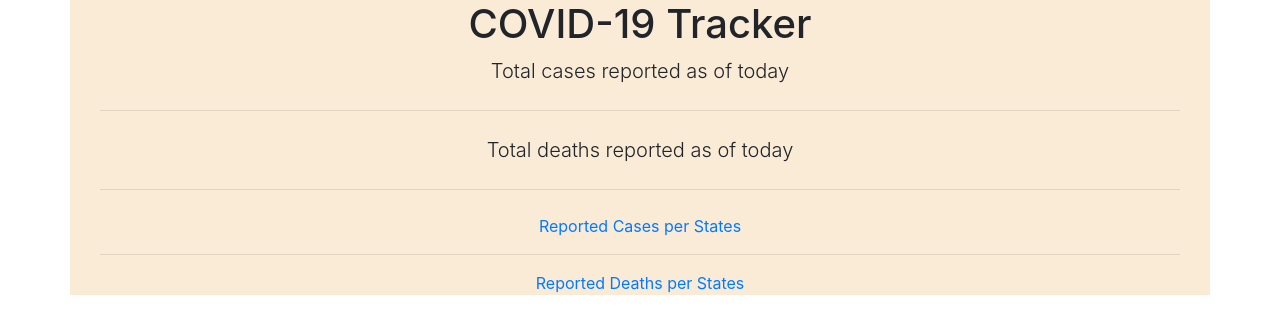
Repository: kimjuneyoung5/Bootcamp-Java
Page: http://localhost/CovidTrackingApp/WEB-INF/index.jsp
The author's editor kept a copy of each file at every save. The page is drawn from the files as they stood at one save, then again after the next save.
The browser window is 1280 px wide. The pictures show the whole page.
The page is served by Tomcat 9. Nobody is signed in. The template is opened directly, without the code that normally fills it, so the values that code supplies are empty.

Above is the page before, as saved 2021-10-01 21:53:33.

After the next save:
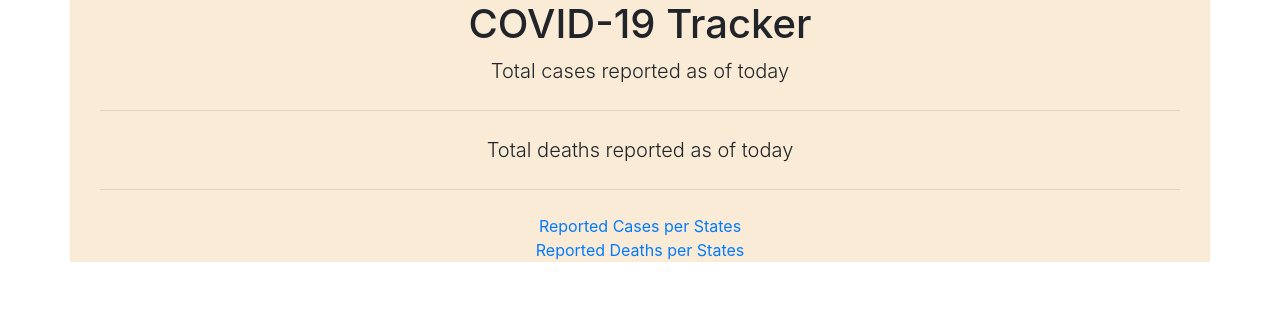
Saved 11 s later.
--- a/oop/CovidTrackingApp/src/main/webapp/WEB-INF/index.jsp
+++ b/oop/CovidTrackingApp/src/main/webapp/WEB-INF/index.jsp
@@ -32,7 +32,7 @@
     	<p class="lead">Total deaths reported as of today</p>
     	<hr class="my-4">
     	<a href="/cases">Reported Cases per States</a>
-    	<hr></hr>
+    	</br>
     	<a href="/deaths">Reported Deaths per States</a>
 	</div>
 
